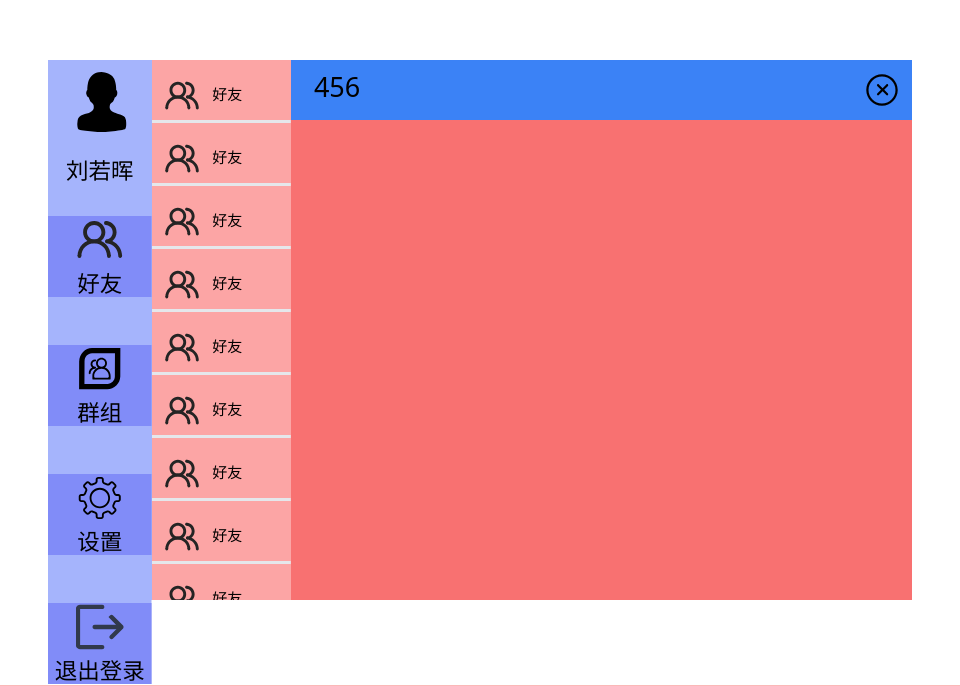
Repository: LiuRuohui/test_the_tailwindcss
Page: /
An editor plug-in stored every save of this project. The page is shown before and after the next save, followed by the edit.
The browser window is 1280 px wide. The pictures show the whole page, at 75% of full size.
The project was rebuilt for these pictures with package versions that can differ from the ones it lists, and the page was loaded fresh each time. Also part of the build but not shown: vite.config.js, src/components/WelcomingPage.vue, src/components/HelloWorld.vue.

Above is the page before, as saved 2022-03-14 21:00:08.

### src/App.vue
<script setup>
import WelcomingPage from "./components/WelcomingPage.vue"
import RegisterPage from "./components/RegisterPage.vue"
import LoginPage from "./components/LoginPage.vue";
import ForgetPasswd from "./components/ForgetPasswd.vue";
import HelloWorld from "./components/HelloWorld.vue";
import UpdateInformation from "./components/UpdateInformation.vue";
import ShowInformation from "./components/ShowInformation.vue";
import MainPage from "./components/MainPage.vue";
</script>

<template>
<!--<WelcomingPage class="page"></WelcomingPage>
<RegisterPage class="page"></RegisterPage>
<LoginPage class="page"></LoginPage>
<ForgetPasswd class="page"></ForgetPasswd>
<UpdateInformation class="page"></UpdateInformation>
<ShowInformation class="page"></ShowInformation> -->
<MainPage class="page"></MainPage>

</template>

<style>
.page{
    height: 100vh;
    background-color:hsla(190, 100%, 95%, 0.5)
}
</style>

### src/index.css
@tailwind base;
@tailwind components;
.inputFrame {
    @apply appearance-none rounded-none relative block w-full px-3 py-2 border border-gray-300 placeholder-gray-500 text-gray-900
}

.inputFrame:focus {
    @apply outline-none border-indigo-500 z-10 inline-block px-5 py-3 rounded-lg shadow-lg
}

.btn {
    @apply relative flex w-full justify-center py-2 border border-transparent font-medium rounded-md text-white bg-indigo-500
}

.btn:hover {
    @apply bg-indigo-700
}

.btn:focus {
    @apply outline-none ring-2 ring-offset-2 ring-indigo-400
}

@tailwind utilities;
@layer components {
    .card {
        background-color: theme('colors.blue.500');
        border-radius: theme('borderRadius.lg');
        padding: theme('spacing.6');
        box-shadow: theme('boxShadow.xl');
    }
    /* ... */
}

### src/components/MainPage.vue
<template>
<div class="flex flex-row sm:mx-16 sm:my-20 sm:text-xl bg-indigo-300">
    <div class="sm:basis-36 ">
        <div class="grid grid-rows-3 sm:gap-6 gap-3">
            <div class="row-span-2">
                <img src="../assets/用户.svg" alt="" class="my-2 sm:mt-4 h-20 w-2/3 mx-auto">
            </div>
            <div class="sm:text-3xl text-center m-auto">{{nickname}}</div>
            <div class="grid grid-rows-4 gap-16 bg-indigo-300 mt-4">
                <div class="bg-indigo-400" @click="gotoFriends">
                    <img src="../assets/好友.svg" alt="好友" class="h-16 m-auto">
                    <p class="sm:text-3xl text-xl text-center mt-2">好友</p>
                </div>
                <div class="bg-indigo-400" @click="gotoGroups">
                    <img src="../assets/群组.svg" alt="群组" class="h-16 m-auto">
                    <p class="sm:text-3xl text-xl text-center mt-2">群组</p>
                </div>
                <div class="bg-indigo-400" @click="settings">
                    <img src="../assets/设置.svg" alt="设置" class="h-16 m-auto">
                    <p class="sm:text-3xl text-xl text-center mt-2">设置</p>
                </div>
                <div class="bg-indigo-400" @click="Logout">
                    <img src="../assets/退出.svg" alt="退出" class="h-16 m-auto">
                    <p class="sm:text-3xl text-xl text-center mt-2">退出登录</p>
                </div>
            </div>
        </div>
    </div>

    <div class="sm:basis-48 bg-red-300 overflow-auto">
        <div v-for="friend in friends.name" class="my-4 sm:text-xl ">
            <img src="../assets/好友.svg" alt="好友" class="h-12 my-2 ml-4 inline-block">
            <span class="sm:text-xl p-4">好友</span>
            <hr class="border-2">
        </div>
    </div>

    <div class="sm:basis-3/4 bg-red-400">
        <div class="bg-blue-500 h-20">
            <div class="sm:text-4xl float-left h-20 mt-4 ml-8">{{friends.name[1]}}</div>
            <div class="inline-block float-right"><img src="../assets/关闭按钮.svg" alt="关闭按钮" class="h-12 mt-4 mr-4"></div>
        </div>
        <div class="">

        </div>
    </div>
</div>
</template>

<script setup>
import {ref,reactive} from "vue"
const nickname = ref('刘若晖')

const friends = reactive({
    name:['123','456','789','','','','','','','','','','','','','','','','',''],
    message:[],
})

const groups = reactive({})

function settings(){
    alert('你点击了设置')
}

function gotoFriends(){
    alert('显示好友列表')
}

function gotoGroups(){
    alert('显示群组列表')
}

function Logout(){
    var choose = confirm('退出登录!')
    if(choose == true){
        alert('退出登录，返回登录界面')
    }else{
        alert('111')
    }
}
</script>

<style>

</style>

### tailwind.config.js
module.exports = {
    content: [
        "./index.html",
        "./src/**/*.{vue,js,ts,jsx,tsx}",
    ],
    theme: {
        extend: {},
    },
    variants: {
        backgroundColor: ['responsive', 'hover', 'focus', 'active']
    },
    plugins: [],
}

### src/components/RegisterPage.vue
<template>
<div class="flex items-center justify-center py-8 sm:px-6 lg:px-8">
    <div class="sm:max-w-xl sm:object-center sm:object-cover w-full mt-4">
        <div>
            <h2 class="mt-6 text-center sm:text-4xl font-extrabold text-purple-600">注册</h2>
        </div>
        <div class="object-center mt-4">
            <img class="h-16 w-1/2 mx-auto" src="../assets/用户.svg" alt="这里有一张图片">
        </div>
    <div>
      <div class="rounded-md shadow-sm sm:text-xl">
        <div class="py-2 font">
          <label for="account">账号:</label>
          <input id="account" name="account" type="account" autocomplete="name" required class="inputFrame rounded-t-md  sm:text-xl" placeholder="请输入账号">
        </div>
        <div class="py-2 font">
          <label for="passwd">密码:</label>
          <input id="passwd" name="passwd" type="password" autocomplete="current-password" required class="inputFrame rounded-b-md  sm:text-xl" placeholder="请输入密码">
        </div>
        <div class="py-2 font">
          <label for="passwd">再次输入密码:</label>
          <input id="repeated-passwd" name="repeated-passwd" type="password" autocomplete="current-password" required class="inputFrame rounded-b-md sm:text-xl" placeholder="请再次输入密码">
        </div>
      </div>

      <div class="flex items-center justify-between mt-4">
        <div class="text-sm sm:text-xl">
          <a href="#" class="font-medium text-indigo-800 hover:text-indigo-500 opacity-80" @click="seeFunctions"> 查看我们的功能 </a>
        </div>
        <div class="flex items-center">
          <input id="remember-me" name="remember-me" type="checkbox" class="h-4 w-4 text-indigo-600 focus:ring-indigo-500 border-gray-300 rounded">
          <label for="remember-me" class="ml-2 block sm:text-xl text-gray-600 opacity-80"> 同意隐私协议 </label>
        </div>
      </div>
      <div class="sm:text-xl sm:mt-8">
        <input value="重置" type="reset" @click="reset" class="btn group sm:text-2xl text-center">
        <br>
        <input @click="submit" type="submit" class="btn group sm:text-2xl"><br>
      </div>
    </div>
    </div>
</div>
</template>

<script setup>
function submit(){
  let name = document.getElementById("passwd").value
  let repeated_name = document.getElementById("repeated-passwd").value
  if(name !== repeated_name){
    alert('两次密码不一致！')
  }else {
    alert('提交数据注册 注册成功返回警示框 注册失败返回原因')
  }
}

function seeFunctions(){
  alert("See functions")
}

function reset() {
  var confirmation = confirm('确定要重置数据吗？')
  if(confirmation == true){
    alert('你表单没了')
  }
}

</script>

<style>
.font{
  color:hsla(210, 100%, 60%, 0.8)
}
</style>

### src/components/LoginPage.vue
<template>
<div class="min-h-full flex items-center justify-center py-12 px-4 sm:px-6 lg:px-8">
  <div class="max-w-md w-full">
    <div>
      <h2 class="mt-6 text-center sm:text-4xl font-extrabold text-purple-600">登录</h2>
    </div>
    <div class="object-center sm:mt-8">
            <img class="h-16 w-1/2 mx-auto" src="../assets/用户.svg" alt="这里有一张图片">
        </div>
    <div class="space-y-6">
      <input type="hidden" name="remember" value="true">
      <div class="rounded-md shadow-sm">
        <div class="py-2 font">
          <label for="account">账号:</label>
          <input id="account" name="account" type="account" autocomplete="name" required class="inputFrame rounded-t-md  sm:text-xl" placeholder="请输入账号">
        </div>
        <div class="py-2 font">
          <label for="passwd">密码:</label>
          <input id="passwd" name="passwd" type="password" autocomplete="current-password" required class="inputFrame rounded-b-md  sm:text-xl" placeholder="请输入密码">
        </div>
      </div>

      <div class="flex items-center justify-between">
        <div class="flex items-center">
          <input id="remember-me" name="remember-me" type="checkbox" class="h-4 w-4 text-indigo-600 focus:ring-indigo-500 border-gray-300 rounded">
          <label for="remember-me" class="ml-2 block text-sm sm:text-2xl text-gray-600 opacity-90"> 记住我</label>
        </div>

        <div class="text-sm">
          <a href="#" class="font-medium sm:text-2xl text-indigo-400 hover:text-indigo-500"> 忘记密码? </a>
        </div>
      </div>

      <div>
        <button @click="submit" class="btn group sm:text-2xl">
          登录
        </button>
      </div>
    </div>
  </div>
</div>
</template>

<script setup>
function submit(){
  alert('登录')
}

</script>

<style>
.font{
  color:hsla(210, 100%, 60%, 0.8);
  font-size: 22px;
}
</style>

### src/components/ForgetPasswd.vue
<template>
<div class="flex items-center justify-center py-12 px-4 sm:px-6 lg:px-8c">
    <div class="sm:max-w-xl sm:object-center sm:object-cover w-full space-y-8">
        <div>
            <h2 class="mt-6 text-center sm:text-3xl font-extrabold text-purple-600">忘记密码</h2>
        </div>
        <div>
            <img class="h-16 w-1/2 mx-auto" src="../assets/用户.svg" alt="这里有一张图片">
        </div>
      <div class="rounded-md shadow-sm sm:text-xl">
        <div class="py-4 font">
          <label for="email-address sm:text-2xl">邮箱</label>
          <input id="email-address" name="email" type="email" autocomplete="email" required class="inputFrame rounded-t-md  sm:text-2xl" placeholder="请输入邮箱">
        </div>
      </div>
      <div class="sm:text-2xl sm:mt-8">
          <button @click="sendEmail" class="btn group sm:text-2xl">确认</button>
      </div>
    </div>
</div>
</template>

<script setup>
function sendEmail(){
    var name = document.getElementById("email-address").value;
    if(!isEmail(name)){
        alert('邮箱格式不正确！请重新输入！')
    }else{
        var confirmation = confirm('确认忘记密码？点击确认之后系统会将密码发到您的邮箱！')
        if(confirmation == true){
        alert('请查收邮箱！')
        }
    }
}
function isEmail(str){
    var reg = /^([a-zA-Z0-9_-])+@([a-zA-Z0-9_-])+(.[a-zA-Z0-9_-])+/
    return reg.test(str)
}
</script>

<style>
.font{
  color:hsla(210, 100%, 60%, 0.8)
}
</style>

### src/components/UpdateInformation.vue
<template>
<div class="min-h-full flex items-center justify-center py-8 px-4 sm:px-6 lg:px-8">
  <div class="max-w-md w-full">
    <div>
      <h2 class="mt-6 text-center sm:text-4xl font-extrabold text-purple-600">更改信息</h2>
    </div>
    <div class="mt-4">
        <img class="h-16 w-1/2 mx-auto" src="../assets/用户.svg" alt="这里有一张图片">
    </div>
    <div class="space-y-6">
      <input type="hidden" name="remember" value="true">
      <div class="rounded-md shadow-sm -space-y-px">
        <div class="pb-2 font">
          <label for="account">账号:</label>
          <input id="account" name="account" type="account" autocomplete="account" required class="inputFrame rounded-t-md  sm:text-2xl" placeholder="请输入账号">
        </div>
        <div class="py-2 font">
          <label for="nickname">昵称:</label>
          <input id="nickname" name="nickname" type="nickname" autocomplete="nickname" required class="inputFrame rounded-t-md  sm:text-2xl" placeholder="请输入昵称">
        </div>
        <div class="py-2 font">
          <label for="email-address">邮箱:</label>
          <input id="email-address" name="email" type="email" autocomplete="email" required class="inputFrame rounded-t-md  sm:text-2xl" placeholder="请输入邮箱">
        </div>
        <div class="py-2 font">
            <label for="sex">性别:</label>
            <select name="性别" class="inputFrame">
                <option value="male">男</option>
                <option value="female">女</option>
            </select>
        </div>
        <div class="py-2 font">
          <label for="passwd">密码:</label>
          <input id="passwd" name="passwd" type="password" autocomplete="current-password" required class="inputFrame rounded-b-md  sm:text-2xl" placeholder="请输入密码">
        </div>
        <div class="py-2 font">
          <label for="passwd">请再次输入密码:</label>
          <input id="passwd" name="passwd" type="password" autocomplete="current-password" required class="inputFrame rounded-b-md  sm:text-2xl" placeholder="请再次输入密码">
        </div>
      </div>

      <div>
        <button @click="submit" class="btn group sm:text-2xl">
          更改
        </button>
      </div>
    </div>
  </div>
</div>
</template>

<script setup>
function submit() {
  alert(123)
}
</script>

<style>
.font{
  color:hsla(210, 100%, 60%, 0.8);
  font-size: 22px;
}
</style>

### src/components/ShowInformation.vue
<template>
<div class="min-h-full flex items-center justify-center py-8 px-4 sm:px-6 lg:px-8">
  <div class="max-w-md w-full">
    <div>
      <h2 class="mt-6 text-center sm:text-4xl font-extrabold text-purple-600">个人信息</h2>
    </div>
    <div class="mt-6">
        <img class="h-16 w-1/2 mx-auto" src="../assets/用户.svg" alt="这里有一张图片">
    </div>
    <div class="space-y-6">
      <input type="hidden" name="remember" value="true">
      <div class="rounded-md shadow-sm -space-y-px">
        <div class="py-2 font">
          <label for="account">账号:</label>
          <input id="account" name="account" type="account" autocomplete="account" required class="inputFrame rounded-t-md  sm:text-2xl" placeholder="请输入账号">
        </div>
        <div class="py-2 font">
          <label for="nickname">昵称:</label>
          <input id="nickname" name="nickname" type="nickname" autocomplete="nickname" required class="inputFrame rounded-t-md  sm:text-2xl" placeholder="请输入昵称">
        </div>
        <div class="py-2 font">
          <label for="email-address">邮箱:</label>
          <input id="email-address" name="email" type="email" autocomplete="email" required class="inputFrame rounded-t-md  sm:text-2xl" placeholder="请输入邮箱">
        </div>
        <div class="py-2 font">
            <label for="sex">性别:</label>
            <select name="性别" class="inputFrame">
                <option value="male">男</option>
                <option value="female">女</option>
            </select>
        </div>
      </div>
      <div>
        <button @click="returnPage" class="btn group sm:text-2xl">
          返回上一页
        </button>
      </div>
      <div>
        <button @click="updateInformation" class="btn group sm:text-2xl">
          更改个人信息
        </button>
      </div>
    </div>
  </div>
</div>
</template>

<script setup>
function returnPage() {

}
function updateInformation() {

}
</script>

<style>
.font{
  color:hsla(210, 100%, 60%, 0.8);
  font-size: 22px;
}
</style>

Loaded but not shown: index.html (common file); src/main.js (common file)

After the next save:
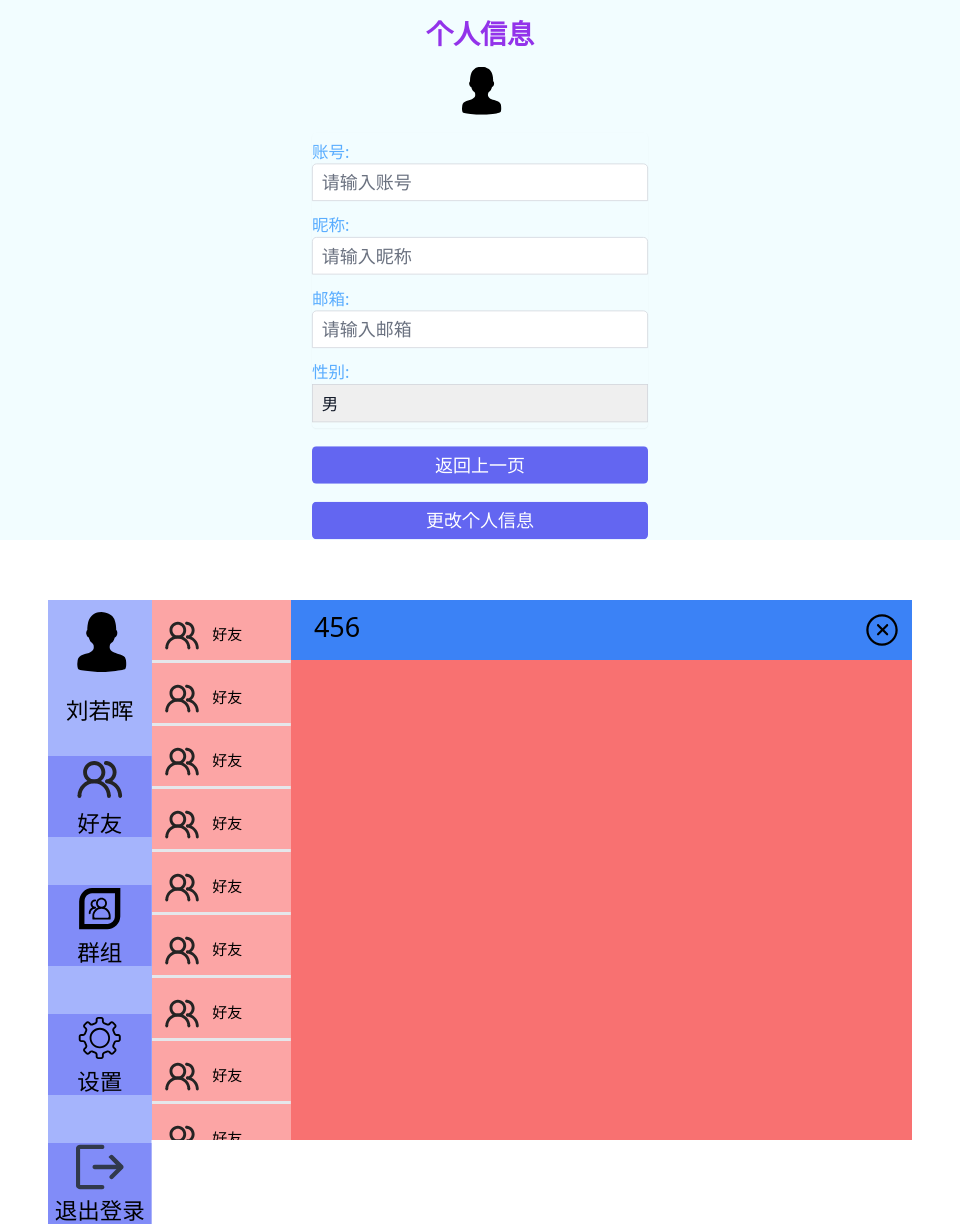
Saved 16 s later.
--- a/src/App.vue
+++ b/src/App.vue
@@ -14,8 +14,8 @@ import MainPage from "./components/MainPage.vue";
 <RegisterPage class="page"></RegisterPage>
 <LoginPage class="page"></LoginPage>
 <ForgetPasswd class="page"></ForgetPasswd>
-<UpdateInformation class="page"></UpdateInformation>
-<ShowInformation class="page"></ShowInformation> -->
+<UpdateInformation class="page"></UpdateInformation>  -->
+<ShowInformation class="page"></ShowInformation>
 <MainPage class="page"></MainPage>
 
 </template>
